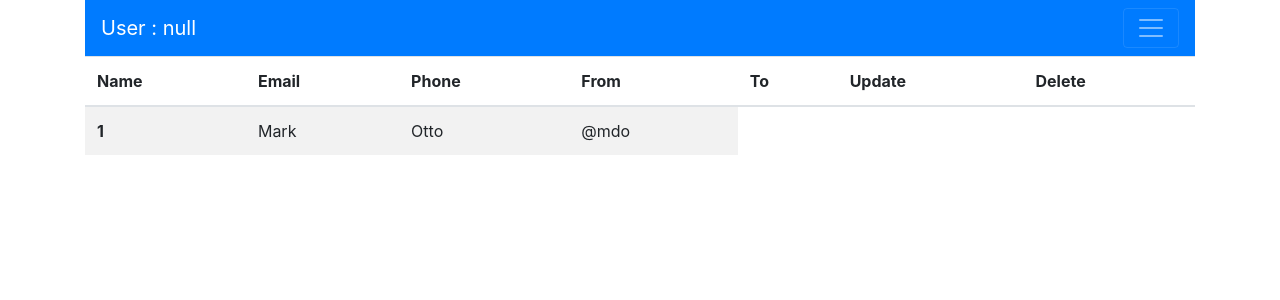
Repository: SachinUthpala/Railway-Reservation
Page: http://localhost/Railway/My_res_sv
An editor plug-in stored every save of this project. The page is shown before and after the next save, followed by the edit.
The browser window is 1280 px wide. The pictures show the whole page.
Some web libraries are served in a nearby version. The page is served by Tomcat 9. Queries for data that is not in the repository find no rows.

Above is the page before, as saved 2023-05-21 06:31:59.

After the next save:
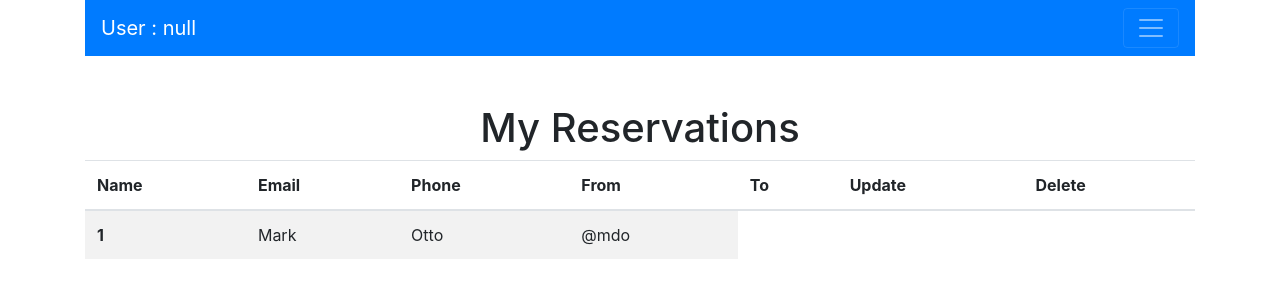
Saved 84 s later.
--- a/Railway/src/main/webapp/Reserve/myReservation.jsp
+++ b/Railway/src/main/webapp/Reserve/myReservation.jsp
@@ -43,9 +43,9 @@
 </div>
 
 <!-- End of Nav Bar -->
-
+<br><br>
 <div class="container">
-
+<h1> <center>My Reservations</center> </h1>
 <table class="table table-striped">
   <thead>
     <tr>
